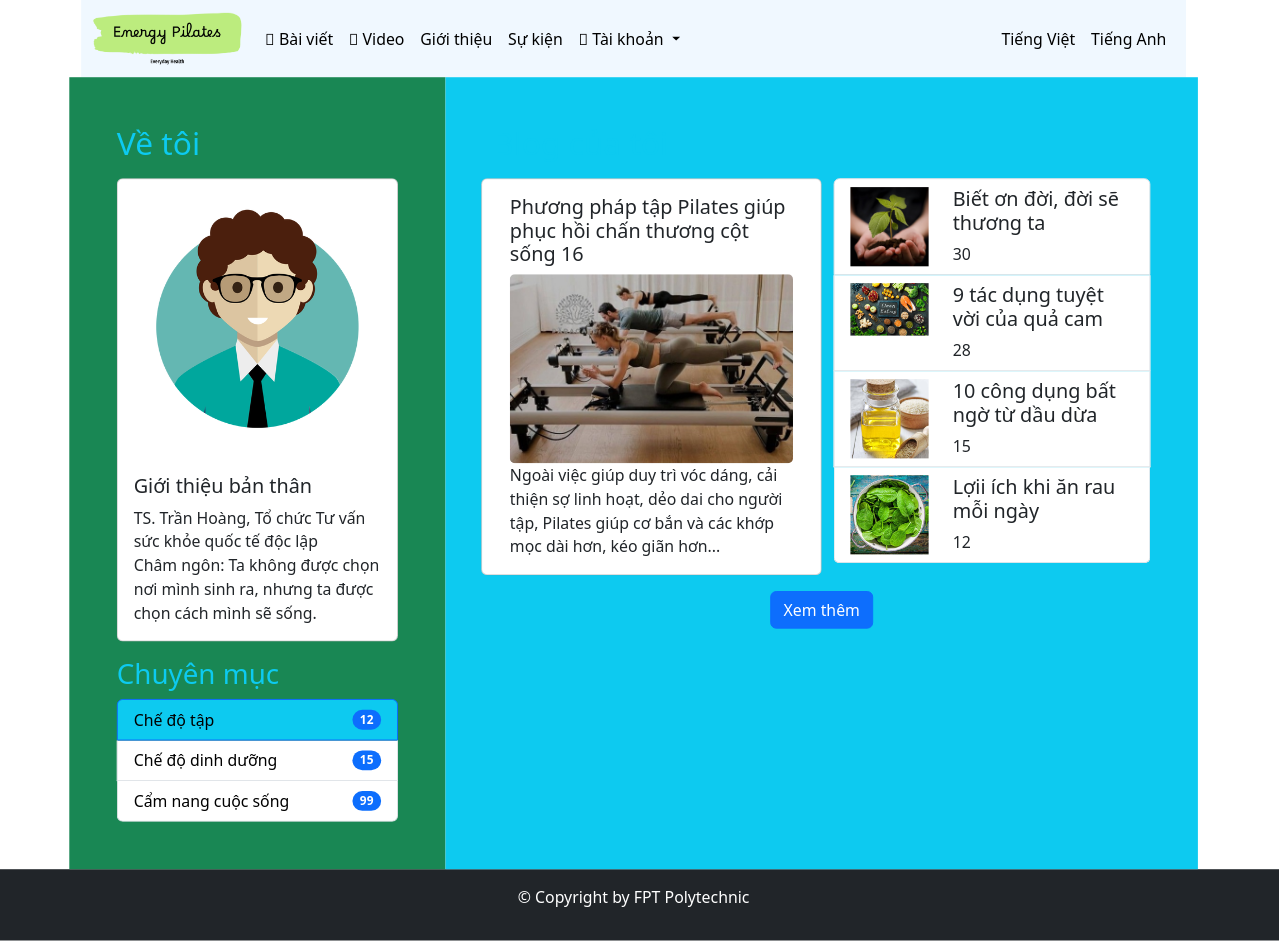
Repository: KizukoHeiwa/SOF308
Page: Lab1/index.html
The author's editor kept a copy of each file at every save. The page is drawn from the files as they stood at one save, then again after the next save.
The browser window is 1280 px wide. The page is 1292 px wide, so the pictures cover 1292 px, including what lies to the right of the window. The pictures show the whole page, at 99% of full size.

Above is the page before, as saved 2024-10-31 10:44:25.

After the next save:
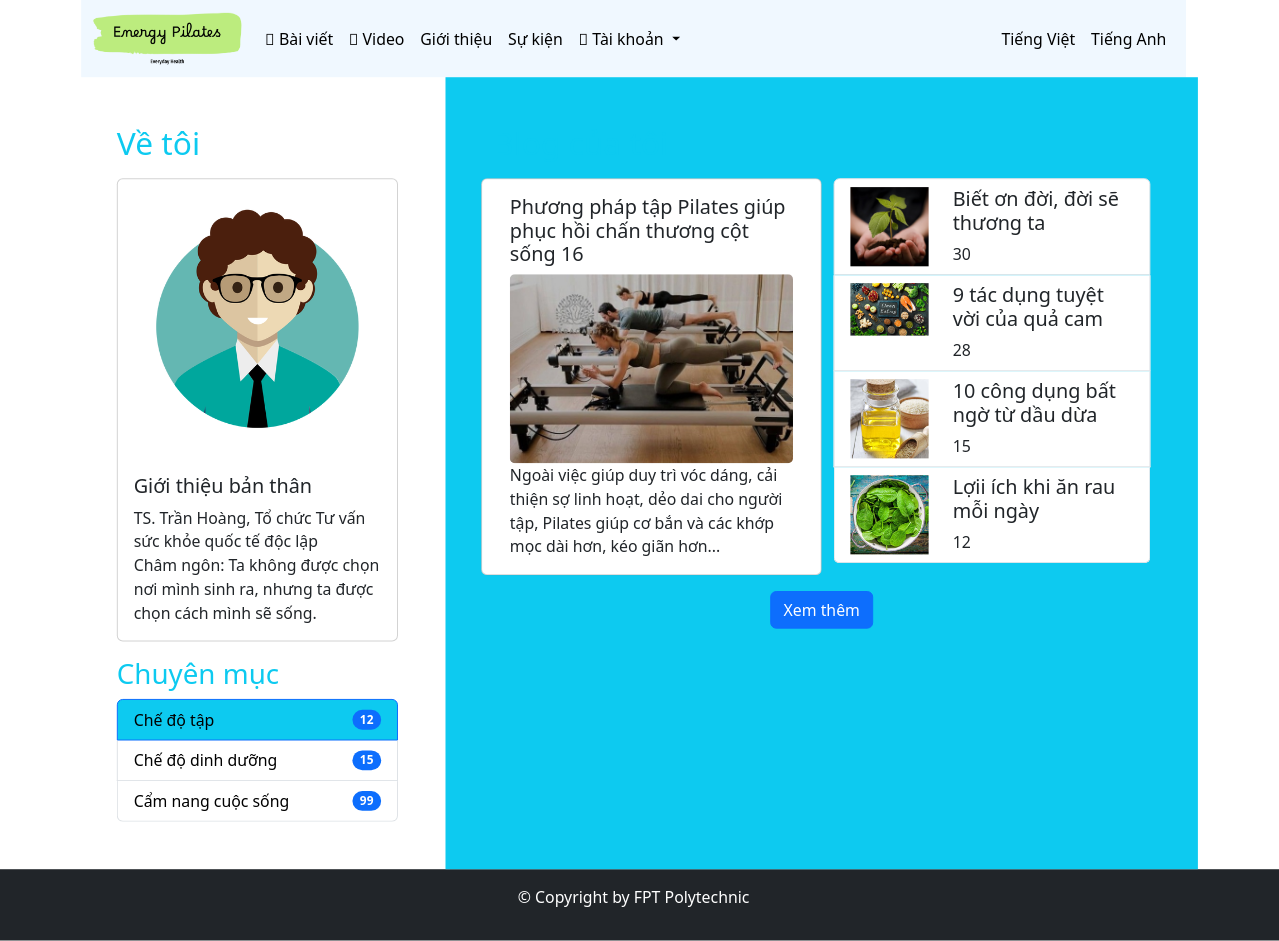
Saved 6 s later.
--- a/Lab1/index.html
+++ b/Lab1/index.html
@@ -79,7 +79,7 @@
             </nav>
         </header>
         <section class="row">
-            <aside class="col-sm-4 bg-success p-5">
+            <aside class="col-sm-4 p-5">
                 <div class="col-sm">
                     <h2 class="text-info mb-3">Về tôi</h2>
                     <div class="card mb-3">
